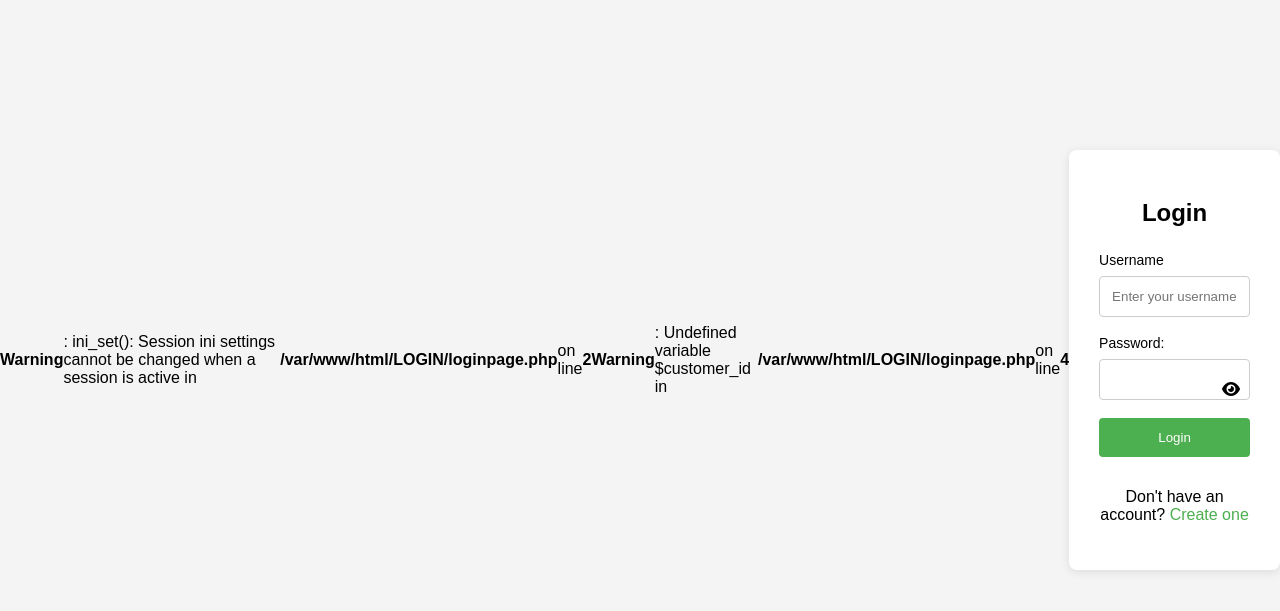
Repository: chelloraine/Collectibles
Page: http://localhost/website/LOGIN/loginpage.php
These files come from the project's save history. The page is drawn as it stood at one moment and after the next save; the edit follows.
The browser window is 1280 px wide. The pictures show the whole page.
The page is run by PHP 8.4 with error messages shown; the project is at /var/www/html/.

Above is the page before, as saved 2025-04-01 23:13:04.

After the next save:
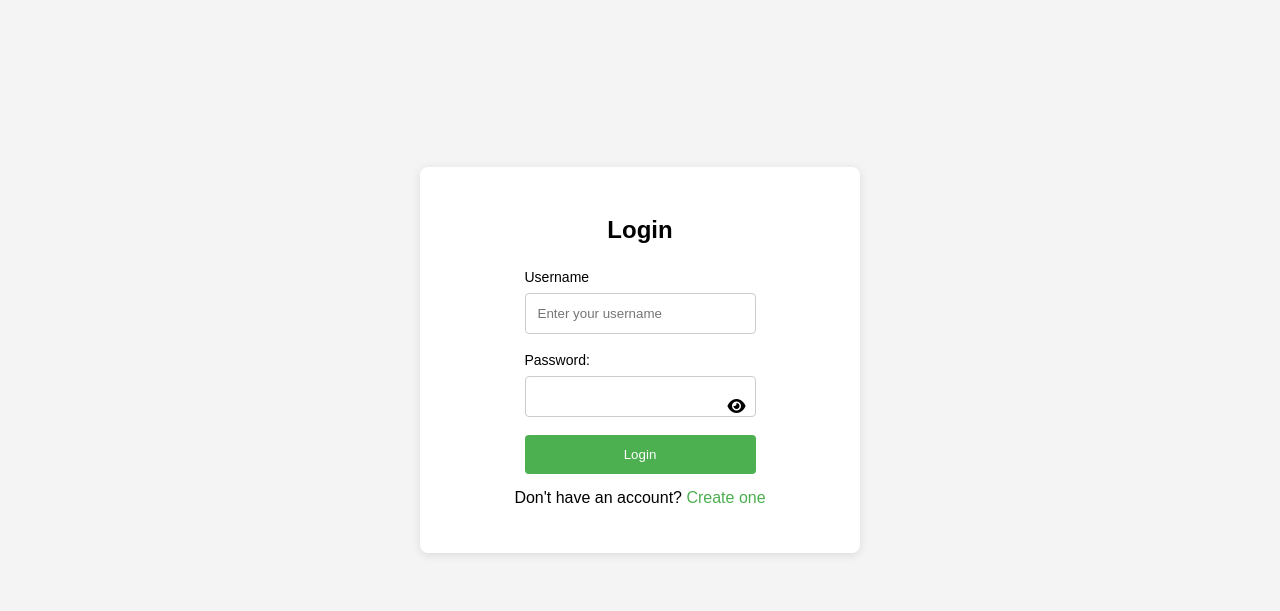
Saved 2 min 43 s later.
--- a/LOGIN/loginpage.php
+++ b/LOGIN/loginpage.php
@@ -1,8 +1,11 @@
-<?php session_start();
-ini_set('session.gc_maxlifetime', 3600); // Keep session active for 1 hour
-session_regenerate_id(true);  // Regenerate session to avoid session fixation
-$_SESSION['customer_id'] = $customer_id;  // Ensure this matches the DB field
+<?php
+// Set session settings before starting session
+ini_set('session.gc_maxlifetime', 3600);
+session_start();
+session_regenerate_id(true);  // Regenerate session for security
 
+// Ensure `customer_id` is set if the session exists
+$customer_id = isset($_SESSION['customer_id']) ? $_SESSION['customer_id'] : null;
 ?>
 <!DOCTYPE html>
 <html lang="en">
@@ -11,7 +14,6 @@
     <meta name="viewport" content="width=device-width, initial-scale=1.0">
     <title>Login Page</title>
     <link rel="stylesheet" href="style_log.css">
-    <!-- Font Awesome for Icons -->
     <link rel="stylesheet" href="https://cdnjs.cloudflare.com/ajax/libs/font-awesome/6.4.2/css/all.min.css">
 </head>
 <body>
@@ -53,11 +55,11 @@
             if (passwordField.type === "password") {
                 passwordField.type = "text";
                 icon.classList.remove("fa-eye");
-                icon.classList.add("fa-eye-slash"); // Change to eye slash
+                icon.classList.add("fa-eye-slash");
             } else {
                 passwordField.type = "password";
                 icon.classList.remove("fa-eye-slash");
-                icon.classList.add("fa-eye"); // Change back to eye
+                icon.classList.add("fa-eye");
             }
         });
     </script>
